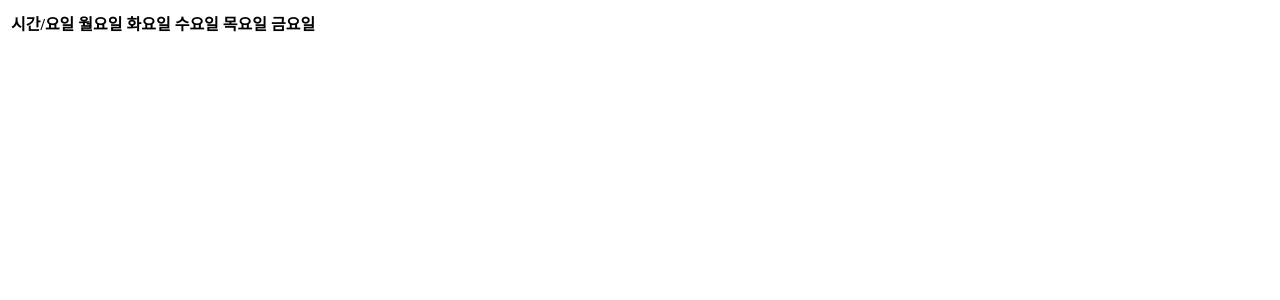
Repository: hana825/Web
Page: web/WebContent/test.html
An editor plug-in stored every save of this project. The page is shown before and after the next save, followed by the edit.
The browser window is 1280 px wide. The pictures show the whole page.

Above is the page before, as saved 2022-03-17 08:24:24.

### web/WebContent/test.html
<!DOCTYPE html>
<html>
<head>
<meta charset="UTF-8">
<title>Insert title here</title>
</head>
<body>

<table>
	<tr><th>시간/요일</th>
		<th>월요일</th>
		<th>화요일</th>
		<th>수요일</th>
		<th>목요일</th>
		<th>금요일</th>
	</tr>
</table>






</body>
</html>

After the next save:
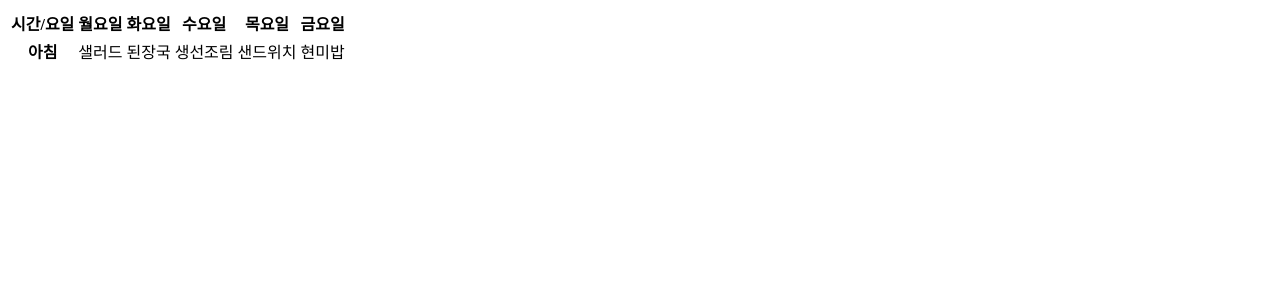
Saved 4 min 46 s later.
--- a/web/WebContent/test.html
+++ b/web/WebContent/test.html
@@ -14,6 +14,13 @@
 		<th>목요일</th>
 		<th>금요일</th>
 	</tr>
+		<tr><th>아침</th>
+		<td>샐러드</td>
+		<td>된장국</td>
+		<td rowspan ='2'>생선조림</td>
+		<td>샌드위치</td>
+		<td>현미밥</td>
+	</tr>
 </table>
 
 
